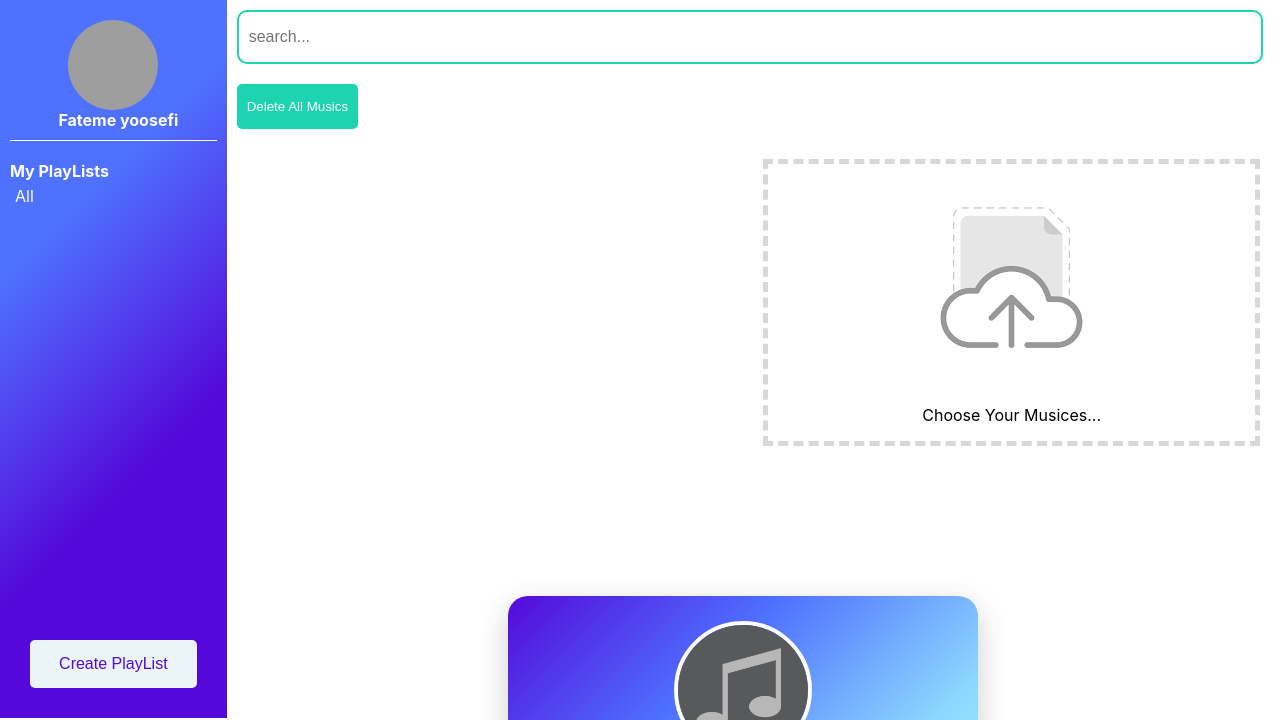
Repository: fateme81yosefi/musicPlayer
Page: /
An editor plug-in stored every save of this project. The page is shown before and after the next save, followed by the edit.
The browser window is 1280 px wide. The pictures show the whole page.
Pictures or frames that could not be fetched are drawn as grey boxes. An inner scrolling area shows only its first screen. The project was rebuilt for these pictures with package versions that can differ from the ones it lists, and the page was loaded fresh each time.

Above is the page before, as saved 2025-06-28 15:10:20.

### src/App.js
import React from 'react';
import FileUploader from './Data/FileUploader/FileUploader';
import MainPage from './Components/MainPage/MainPage';


const App = () => {



  return (
    <div>
      <MainPage />
    </div>
  );
}

export default App;

### src/Data/FileUploader/FileUploader.js
import React, { useState, useEffect } from 'react';
import { useDropzone } from 'react-dropzone';
import { openDB } from 'idb';
import "./FileUploader.css";

const DB_NAME = 'AudioFilesDB';
const DB_VERSION = 1;
const STORE_NAME = 'audioFiles';

const initDB = async () => {
    const db = await openDB(DB_NAME, DB_VERSION, {
        upgrade(db) {
            if (!db.objectStoreNames.contains(STORE_NAME)) {
                const store = db.createObjectStore(STORE_NAME, { keyPath: 'name' });
                store.createIndex('category', 'category');
                store.createIndex('isFav', 'isFav');
            }
        }
    });
    return db;
};

const getStoredFiles = async (db) => {
    const tx = db.transaction(STORE_NAME, 'readonly');
    const store = tx.objectStore(STORE_NAME);
    return await store.getAll();
};

const storeFile = async (db, file) => {
    const tx = db.transaction(STORE_NAME, 'readwrite');
    const store = tx.objectStore(STORE_NAME);
    await store.put(file);
    await tx.done;
};


const FileUploader = ({ handlePlay, query, selectedCategory }) => {
    const [audioFiles, setAudioFiles] = useState([]);
    const [categories, setCategories] = useState([]);
    const [currentCategory, setCurrentCategory] = useState('');


    const deleteAllFiles = async () => {
        const db = await initDB();
        const tx = db.transaction(STORE_NAME, 'readwrite');
        const store = tx.objectStore(STORE_NAME);
        await store.clear();
        await tx.done;
        window.location.reload()
    };

    useEffect(() => {
        const storedCategories = JSON.parse(localStorage.getItem('categories'));
        if (storedCategories) {
            setCategories(storedCategories);
        }
    }, []);


    useEffect(() => {
        setCurrentCategory(selectedCategory)
    }, [selectedCategory])


    useEffect(() => {
        if (query !== "") {
            setAudioFiles(audioFiles.filter((item) => item.name.toLowerCase().includes(query.toLowerCase())));
        } else {
            const fetchStoredFiles = async () => {
                const db = await initDB();
                const storedFiles = await getStoredFiles(db);
                setAudioFiles(storedFiles.map(file => ({
                    ...file,
                    data: URL.createObjectURL(new Blob([file.data], { type: file.type }))
                })));
            };

            fetchStoredFiles();
        }
    }, [query]);

    useEffect(() => {
        const fetchStoredFiles = async () => {
            const db = await initDB();
            const storedFiles = await getStoredFiles(db);
            setAudioFiles(storedFiles.map(file => ({
                ...file,
                data: URL.createObjectURL(new Blob([file.data], { type: file.type }))
            })));
        };

        fetchStoredFiles();
    }, []);

    const onDrop = async (acceptedFiles) => {
        const mp3Files = acceptedFiles.filter((file) => file.name.endsWith('.mp3'));

        const db = await initDB();

        for (const file of mp3Files) {
            const fileData = await file.arrayBuffer();
            await storeFile(db, { name: file.name, type: file.type, data: fileData, category: '' });
        }

        const storedFiles = await getStoredFiles(db);
        setAudioFiles(storedFiles.map(file => ({
            ...file,
            data: URL.createObjectURL(new Blob([file.data], { type: file.type }))
        })));
    };

    const handleCategoryChange = async (file, category) => {
        const updatedFile = { ...file, category };

        const db = await initDB();
        await storeFile(db, updatedFile);

        const storedFiles = await getStoredFiles(db);
        setAudioFiles(storedFiles.map(f => ({
            ...f,
            data: URL.createObjectURL(new Blob([f.data], { type: f.type }))
        })));
    };

    const { getRootProps, getInputProps } = useDropzone({ onDrop });

    return (
        <>
            <button className='deleteAll' onClick={deleteAllFiles}>Delete All Musics</button>

            <div className='containSingle'>
                <div className='fullWidth'>
                    {audioFiles
                        .filter(file => currentCategory === "" || file.category === currentCategory)
                        .map((file, index) => (
                            <div className='singleSelectedAudio' key={index}>
                                <div className='row'>
                                    <div className='containDetails'>
                                        <img className='cover' alt="cover" src='/song_cover.png' />
                                        <span className='name'>{file.name}</span>
                                    </div>
                                    <div className='row'>
                                        <select
                                            value={file.category}
                                            onChange={(e) => handleCategoryChange(file, e.target.value)}
                                        >
                                            <option value="">Select Category</option>
                                            {categories.map((category, index) => (
                                                <option key={index} value={category}>{category}</option>
                                            ))}
                                        </select>
                                        <button className='btnPlay' onClick={() => handlePlay(file)}>
                                            <img className='play' alt='icon' src='/play-button.svg' />
                                        </button>
                                    </div>
                                </div>
                                <audio className='selectedAudio' src={file.data} key={index} controls />
                            </div>
                        ))}
                </div>

                <div className='fullWidth' {...getRootProps()}>
                    <input {...getInputProps()} />
                    <div className='chooseFile'>
                        <img alt='drag file' src='/images.png' />
                        <p> Choose Your Musices...</p>
                    </div>
                </div>
            </div>
        </>
    );
};

export default FileUploader;

### src/Components/MainPage/MainPage.js
import React, { useState, useEffect } from 'react';
import Modal from 'react-modal';
import FileUploader from "../../Data/FileUploader/FileUploader";
import "./MainPage.css";
import MusicPlayer from '../MusicPlayer/MusicPlayer';

const MainPage = () => {
    const [category, setCategory] = useState('');
    const [categories, setCategories] = useState([]);
    const [currentMusic, setCurrentMusic] = useState({});
    const [showModal, setShowModal] = useState(false);
    const [searchQuery, setSearchQuery] = useState('');
    const [selectedCategory, setSelectedCategory] = useState('');


    useEffect(() => {
        const storedCategories = JSON.parse(localStorage.getItem('categories'));
        if (storedCategories) {
            setCategories(storedCategories);
        }
    }, []);

    const handleAddCategory = () => {
        if (category) {
            const updatedCategories = [...categories, category];
            setCategories(updatedCategories);
            setCategory('');
            localStorage.setItem('categories', JSON.stringify(updatedCategories));
            setShowModal(false)
        }
    };

    const handlePlay = (file) => {
        setCurrentMusic(file);
    };


    return (
        <div className="container">
            <Modal
                isOpen={showModal}
                contentLabel="Create Playlist"
                className="modalCategory"
            >
                <h2>Create Playlist</h2>
                <input
                    type="text"
                    value={category}
                    placeholder='Enter Your Playlist Name'
                    onChange={(e) => setCategory(e.target.value)}
                />
                <button onClick={handleAddCategory}>Confirm</button>
            </Modal>

            <div className="leftMenue">
                <div className="top">
                    <div className="imageProfile">
                        <img src="https://encrypted-tbn0.gstatic.com/images?q=tbn:ANd9GcRXJA32WU4rBpx7maglqeEtt3ot1tPIRWptxA&s" alt="Profile" />
                        <div className="name">Fateme yoosefi</div>
                    </div>
                    <div className="categories">
                        <div className='playlist'>My PlayLists</div>
                        <div className='category' onClick={() => { setSelectedCategory('') }}>All</div>
                        {
                            categories.map((item, index) => <div key={index} className='category' onClick={() => { setSelectedCategory(item) }}>{item}</div>)
                        }
                    </div>
                </div>
                <button className='create' onClick={() => setShowModal(true)}>Create PlayList</button>
            </div>
            <div className="rightPage">
                <input className='inputSearch' placeholder="search..." onChange={(e) => setSearchQuery(e.target.value)}
                />
                <FileUploader handlePlay={handlePlay} query={searchQuery} selectedCategory={selectedCategory} />
                <div className="w-full max-w-md mx-auto p-4 bg-gradient-to-br from-[#5409DA] via-[#4E71FF] to-[#BBFBFF] rounded-3xl shadow-xl flex items-center space-x-4 animate-fade-in">


                    <div className="flex-1 text-white">


                              <MusicPlayer currentMusic={currentMusic} />

                    </div>
                </div>


            </div>
        </div>
    )
};

export default MainPage;

### src/Data/FileUploader/FileUploader.css
.chooseFile {
  border: 5px dashed rgb(216, 216, 216);
  display: flex;
  flex-direction: column;
  align-items: center;
  justify-content: space-around;
  margin: 10px;
  margin-bottom: 100px;
}
.selectedAudio::-webkit-media-controls-panel {
  background-color: rgb(211, 211, 211);
  border: none;
}
.selectedAudio {
  border-radius: 0;
  background-color: rgb(211, 211, 211);
  padding: 20px;
  width: 100% !important;
  display: none;
}
.singleSelectedAudio {
  background-color: rgb(255, 255, 255);
  border-bottom: 1px solid rgb(238, 238, 238);
}
.row {
  display: flex;
  flex-direction: row;
  justify-content: space-between;
}

.cover {
  width: 40px;
  height: 40px;
}
.containDetails {
  display: flex;
  flex-direction: row;
  align-items: center;
  justify-content: center;
}

.containSingle {
  padding: 10px;
  display: flex;
  flex-direction: row;
  width: 100%;
}
.name {
  margin-left: 10px;
}
.fullWidth{
    width: 100%;
}
.play {
  width: 30px;
  height: 30px;
}
.btnPlay {
  background-color: transparent;
  border: none;
}

.deleteAll {
  margin: 10px;
  background-color: #1dd3b0;
  margin-bottom: 10px;
  padding: 15px 10px;
  border-radius: 5px;
  border: none;
  color: #ffff;
}
select {
  background-color: #1dd3b0;
  padding: 10px;
  border: none;
  color: white;
}

### src/Components/MainPage/MainPage.css
.container {
  display: flex;
  flex-direction: row;
  background-color: #ffffff;
}
.leftMenue {
  background: linear-gradient(
    135deg,
    #4e71ff 0%,
    #4e71ff 30%,
    #5409da 65%,
    #5409da 100%
  );
  width: 20%;
  height: 97vh;
  display: flex;
  flex-direction: column;
  justify-content: space-between;
  padding: 10px;
}
.imageProfile {
  display: flex;
  flex-direction: column;
  align-items: center;
  border-bottom: 1px solid white;
  padding: 10px;
  color: #ffffff;
  font-weight: bold;
  justify-content: space-between;
}

.imageProfile img {
  border-radius: 100%;
  width: 90px;
  height: 90px;
}
.playlist {
  font-size: medium;
  color: #ffffff;
  font-weight: bold;
  margin-top: 20px;
}
.rightPage {
  width: 100%;
  height: 100vh;
  position: relative;
  padding: 0 20px 0 0;
  padding-left: 0;
}
.rightPage input {
  width: 97%;
  height: 40px;
  font-size: medium;
}
.currentlyPlay {
  display: flex;
  flex-direction: row;
  align-items: center;
  background-color: #7de2d1;
  height: 100px;
  bottom: 0;
  position: fixed;
  width: 80%;
}
.currentlyPlay img {
  width: 100px;
  height: 100px;
}
.containName {
  width: 100%;
  padding: 15px;
}
.musicName {
  font-weight: bold;
}
audio {
  width: 100%;
  display: flex;
  flex-direction: column;
  border: none;
}

audio::-webkit-media-controls-panel {
  background-color: #7de2d1;
  border: none;
}
.rightPage {
  overflow: scroll;
}
.modalCategory {
  position: fixed;
  background-color: #7de2d1;
  top: 50%;
  left: 50%;
  transform: translate(-50%, -50%);
  width: 30%;
  display: flex;
  flex-direction: column;
  align-items: center;
  justify-content: center;
  color: white;
}
.modalCategory input {
  padding: 10px;
  margin-bottom: 10px;
  width: 80%;
}
.modalCategory button {
  background-color: #1dd3b0;
  margin-bottom: 10px;
  padding: 15px 10px;
  border-radius: 5px;
  border: none;
  color: #ffff;
}

.category {
  font-size: medium;
  color: #ffffff;
  margin-left: 5px;
  margin: 5px;
}

.inputSearch {
  margin: 10px;
  border: 2px solid #1dd3b0;
  padding: 5px 10px;
  border-radius: 10px;
}

.create {
  padding: 15px 4px;
  border-radius: 5px;
  margin: 20px;
  background-color: #ebf4f6;
  border: none;
  color: #5409da;
  font-size: medium;
}
h3,
h4 {
  color: white;
}

### src/Components/MusicPlayer/MusicPlayer.jsx
import { useRef, useState, useEffect } from "react";
import "./MusicPlayer.css";

export default function MusicPlayer({ currentMusic }) {
  const audioRef = useRef(null);
  const [isPlaying, setIsPlaying] = useState(false);
  const [progress, setProgress] = useState(0);
  const [volume, setVolume] = useState(1);
  const [playbackRate, setPlaybackRate] = useState(1);

  useEffect(() => {
    const audio = audioRef.current;

    const updateProgress = () => {
      const percent = (audio.currentTime / audio.duration) * 100;
      setProgress(percent || 0);
    };

    audio.addEventListener("timeupdate", updateProgress);
    return () => audio.removeEventListener("timeupdate", updateProgress);
  }, []);

  const togglePlay = () => {
    const audio = audioRef.current;
    if (isPlaying) {
      audio.pause();
    } else {
      audio.play();
    }
    setIsPlaying(!isPlaying);
  };

  const handleSeek = (e) => {
    const bar = e.currentTarget;
    const percent = e.nativeEvent.offsetX / bar.offsetWidth;
    const audio = audioRef.current;
    audio.currentTime = percent * audio.duration;
    setProgress(percent * 100);
  };

  const handleVolumeChange = (e) => {
    const newVolume = parseFloat(e.target.value);
    setVolume(newVolume);
    audioRef.current.volume = newVolume;
  };

  const changePlaybackRate = (rate) => {
    setPlaybackRate(rate);
    audioRef.current.playbackRate = rate;
  };

  return (
    <div className="player">
      <div className={`cover ${isPlaying ? "spin pulse" : ""}`}>
        <img src="/song_cover.png" alt="کاور آهنگ" />
      </div>

      <div className="info">
        <h2 className="title">{currentMusic.name}</h2>

        <div className="">
          <div className="progress-container" onClick={handleSeek}>
            <div
              className="progress-bar"
              style={{ width: `${progress}%` }}
            ></div>
          </div>

          <div className="controls">
            <label>
              Volume
              <input
                type="range"
                min="0"
                max="1"
                step="0.01"
                value={volume}
                onChange={handleVolumeChange}
              />
            </label>

            <audio
              ref={audioRef}
              src={currentMusic.data}
              preload="metadata"
              volume={volume}
              playbackRate={playbackRate}
            />
          </div>
        </div>

        <div className="speed-buttons">
          {[0.5, 1, 1.5, 2].map((rate) => (
            <button
              key={rate}
              className={playbackRate === rate ? "active" : ""}
              onClick={() => changePlaybackRate(rate)}
            >
              {rate}x
            </button>
          ))}
        </div>

        <button className="play-btn" onClick={togglePlay}>
          {isPlaying ? "❚❚" : "▶"}
        </button>
      </div>
    </div>
  );
}

### src/Components/MusicPlayer/MusicPlayer.css
.player {
  max-width: 420px;
  margin: 40px auto;
  background: linear-gradient(135deg, #5409DA, #4E71FF, #8DD8FF, #BBFBFF);
  border-radius: 20px;
  padding: 25px;
  box-shadow: 0 10px 30px rgba(0, 0, 0, 0.2);
  font-family: sans-serif;
  color: white;
  text-align: center;
}

.cover {
  width: 130px;
  height: 130px;
  margin: 0 auto 15px;
  border-radius: 50%;
  overflow: hidden;
  border: 4px solid white;
}

.cover img {
  width: 100%;
  height: 100%;
  object-fit: cover;
}

.spin {
  animation: spin 15s linear infinite;
}

.pulse {
  animation: pulse 2.5s infinite ease-in-out;
}

@keyframes spin {
  to {
    transform: rotate(360deg);
  }
}

@keyframes pulse {
  0%, 100% {
    transform: scale(1);
    box-shadow: 0 0 10px white;
  }
  50% {
    transform: scale(1.06);
    box-shadow: 0 0 30px white;
  }
}

.title {
  font-size: 1.2rem;
  margin-bottom: 10px;
  font-weight: bold;
}

.progress-container {
  background: rgba(255, 255, 255, 0.25);
  height: 6px;
  border-radius: 3px;
  margin: 15px 0;
  position: relative;
  cursor: pointer;
}

.progress-bar {
  background: white;
  height: 100%;
  width: 0%;
  border-radius: 3px;
  transition: width 0.3s ease;
}

.play-btn {
  font-size: 1.6rem;
  padding: 10px 16px;
  background: white;
  border: none;
  border-radius: 50%;
  color: #5409DA;
  cursor: pointer;
  margin: 10px 0;
  transition: transform 0.2s ease;
}

.play-btn:hover {
  transform: scale(1.1);
}

.controls {
  margin-top: 20px;
  display: flex;
  flex-direction: column;
  gap: 12px;
  align-items: center;
}

.controls label {
  font-size: 0.9rem;
  width: 100%;
}

.controls input[type="range"] {
  width: 100%;
  appearance: none;
  height: 6px;
  border-radius: 3px;
  background: white;
  outline: none;
  margin-top: 5px;
}

.controls input[type="range"]::-webkit-slider-thumb {
  appearance: none;
  width: 12px;
  height: 12px;
  background: #5409DA;
  border-radius: 50%;
  cursor: pointer;
}

.speed-buttons {
  display: flex;
  justify-content: center;
  gap: 10px;
  flex-wrap: wrap;
}

.speed-buttons button {
  padding: 6px 12px;
  border-radius: 8px;
  border: none;
  background: rgba(255, 255, 255, 0.3);
  color: white;
  font-weight: bold;
  cursor: pointer;
  transition: background 0.2s;
}

.speed-buttons button.active,
.speed-buttons button:hover {
  background: white;
  color: #5409DA;
}

.in

Loaded but not shown: public/index.html (common file); src/index.js (common file); src/index.css (common file); src/reportWebVitals.js (common file)

After the next save:
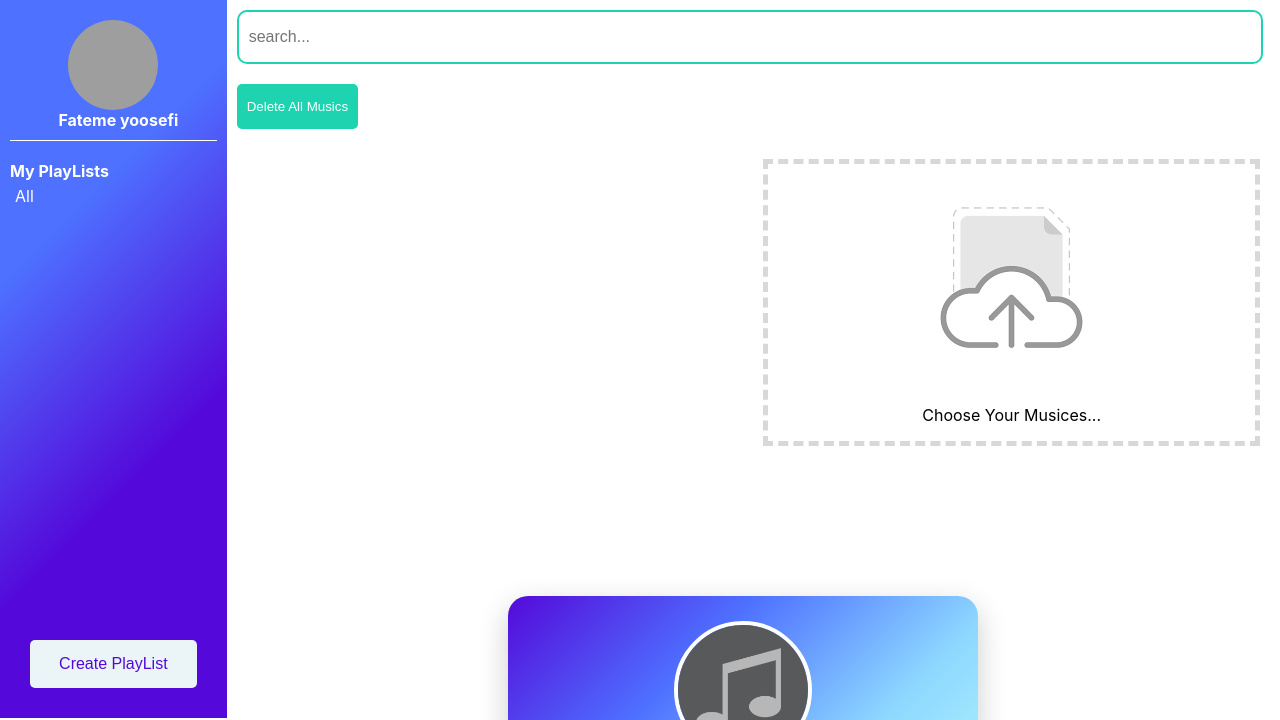
Saved 7 s later.
--- a/src/Components/MusicPlayer/MusicPlayer.css
+++ b/src/Components/MusicPlayer/MusicPlayer.css
@@ -145,4 +145,7 @@
   color: #5409DA;
 }
 
-.in
+.info{
+    display: flex;
+    flex-direction: row;
+}

After the 2 saves that followed:
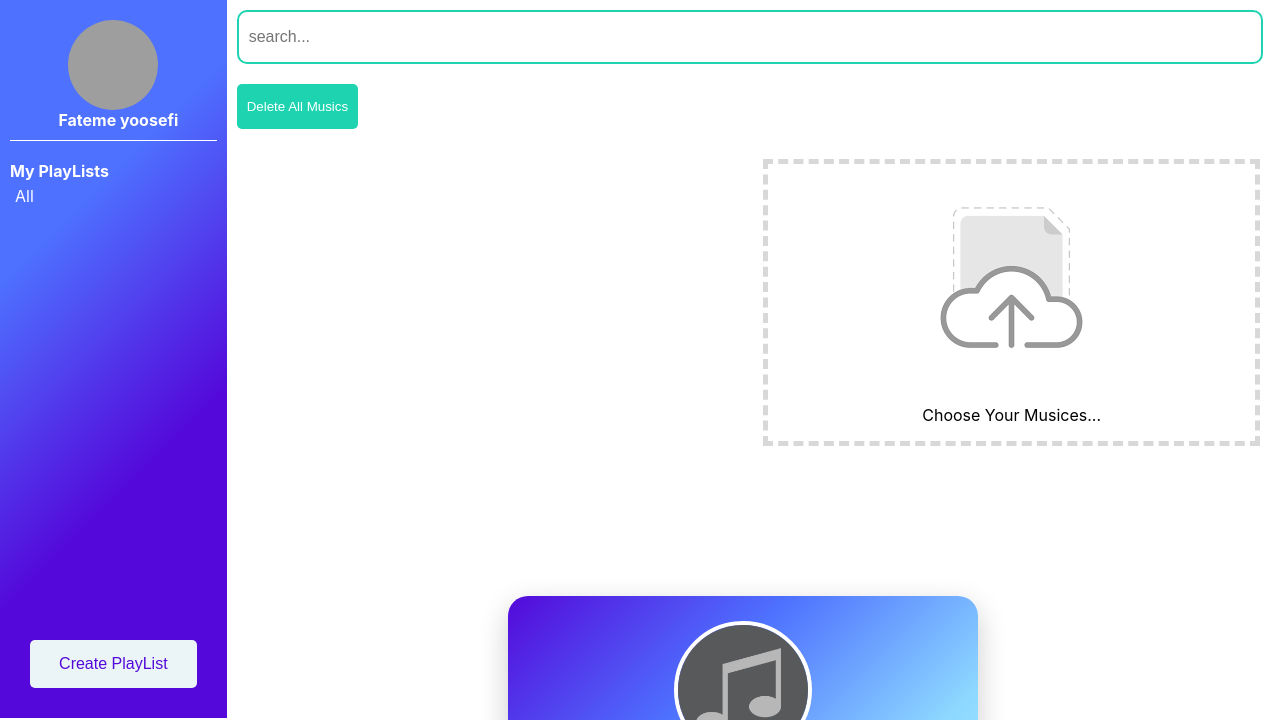
The 2 saves are shown as one change because they came seconds apart.
The last was saved 28 s later.
--- a/src/Components/MusicPlayer/MusicPlayer.jsx
+++ b/src/Components/MusicPlayer/MusicPlayer.jsx
@@ -89,6 +89,8 @@ export default function MusicPlayer({ currentMusic }) {
           </div>
         </div>
 
+
+      </div>
         <div className="speed-buttons">
           {[0.5, 1, 1.5, 2].map((rate) => (
             <button
@@ -104,7 +106,6 @@ export default function MusicPlayer({ currentMusic }) {
         <button className="play-btn" onClick={togglePlay}>
           {isPlaying ? "❚❚" : "▶"}
         </button>
-      </div>
     </div>
   );
 }
